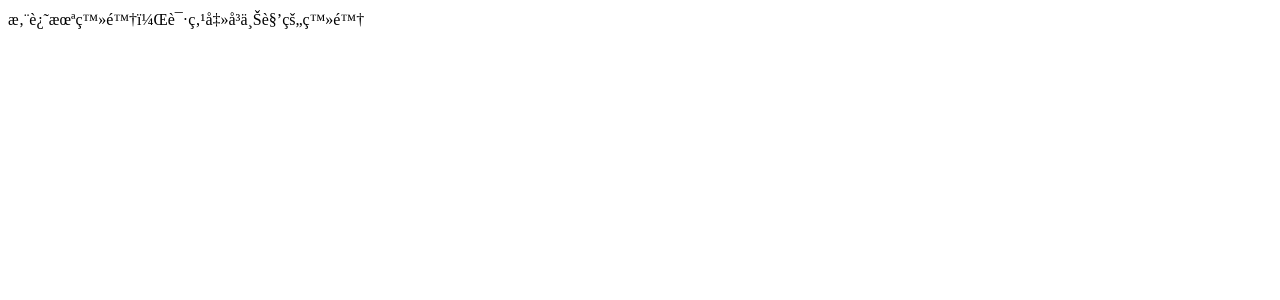
Repository: hitDeveloper/fitness
Page: http://localhost/project/error.jsp
An editor plug-in stored every save of this project. The page is shown before and after the next save, followed by the edit.
The browser window is 1280 px wide. The pictures show the whole page.
The page is served by Tomcat 9. Nobody is signed in. The application's start-up code is not run. Other server files are loaded and not shown.

Above is the page before, as saved 2014-11-18 00:40:38.

### Project/project/WebRoot/error.jsp
<%@ page language="java" import="java.util.*" pageEncoding="ISO-8859-1"%>
<%
String path = request.getContextPath();
String basePath = request.getScheme()+"://"+request.getServerName()+":"+request.getServerPort()+path+"/";
%>

<!DOCTYPE HTML PUBLIC "-//W3C//DTD HTML 4.01 Transitional//EN">
<html>
  <head>
    <base href="<%=basePath%>">

    <title></title>

	<meta http-equiv="pragma" content="no-cache">
	<meta http-equiv="cache-control" content="no-cache">
	<meta http-equiv="expires" content="0">
	<meta http-equiv="keywords" content="keyword1,keyword2,keyword3">
	<meta http-equiv="description" content="This is my page">
	<!--
	<link rel="stylesheet" type="text/css" href="styles.css">
	-->

  </head>

  <body>
    您还未登陆，请点击右上角的登陆 <br>
  </body>
</html>

After the next save:
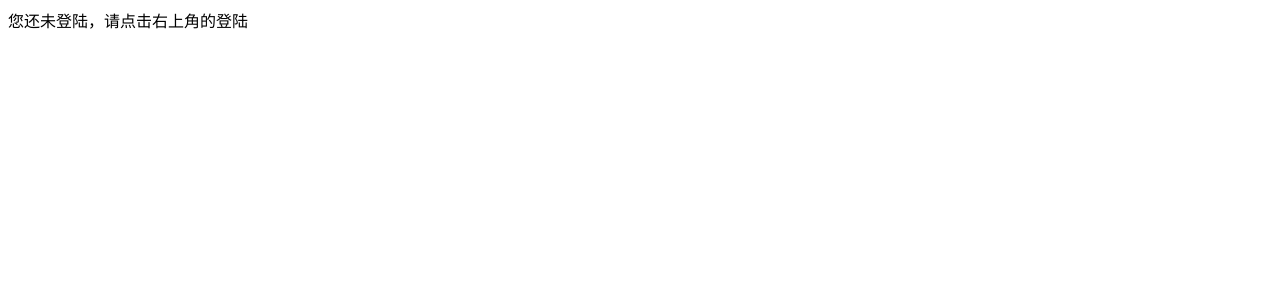
Saved 17 s later.
--- a/Project/project/WebRoot/error.jsp
+++ b/Project/project/WebRoot/error.jsp
@@ -1,4 +1,4 @@
-<%@ page language="java" import="java.util.*" pageEncoding="ISO-8859-1"%>
+<%@ page language="java" import="java.util.*" pageEncoding="UTF-8"%>
 <%
 String path = request.getContextPath();
 String basePath = request.getScheme()+"://"+request.getServerName()+":"+request.getServerPort()+path+"/";
